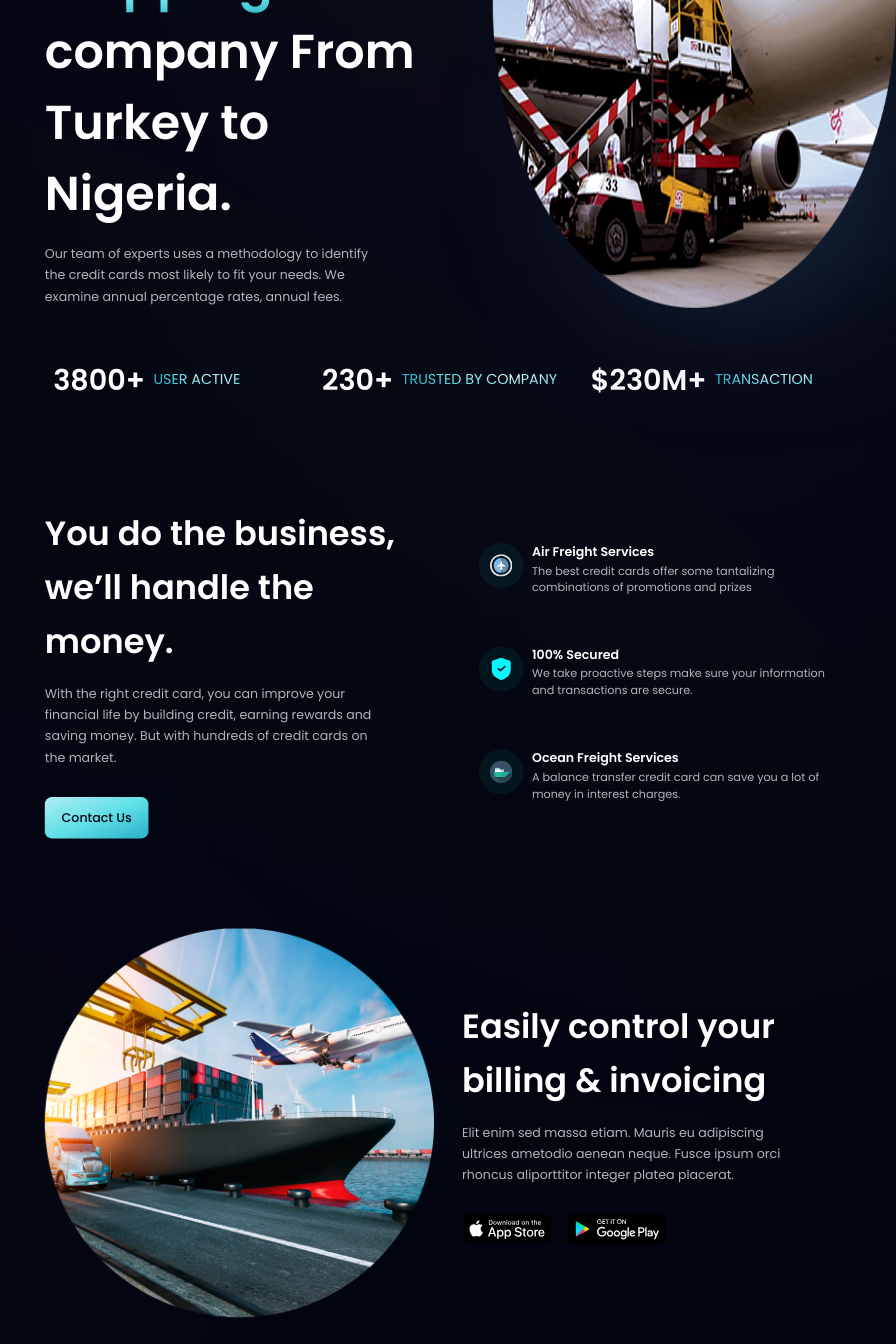
Repository: Miracleoluebube/captionlogistics
Page: /
An editor plug-in stored every save of this project. The page is shown before and after a run of saves, followed by the edit.
The browser window is 1280 px wide. The pictures show the part of the page from y = 574 to 2494 px (the page is 5317 px tall), at 70% of full size.
The project was rebuilt for these pictures with package versions that can differ from the ones it lists, and the page was loaded fresh each time. Also part of the build but not shown: vite.config.js.

Above is the page before, as saved 2022-10-01 14:15:30.

### src/components/Navbar.jsx
import { useState } from "react";

import { close, logo, menu } from "../assets";
import { navLinks } from "../constants";

const Navbar = () => {
  const [active, setActive] = useState("Home");
  const [toggle, setToggle] = useState(false);

  return (
    <nav className="w-full flex py-6 justify-between items-center navbar">
      <img src={logo} alt="hoobank" className="w-[124px] h-[32px]" />

      <ul className="list-none sm:flex hidden justify-end items-center flex-1">
        {navLinks.map((nav, index) => (
          <li
            key={nav.id}
            className={`font-poppins font-normal cursor-pointer text-[16px] ${
              active === nav.title ? "text-white" : "text-dimWhite"
            } ${index === navLinks.length - 1 ? "mr-0" : "mr-10"}`}
            onClick={() => setActive(nav.title)}
          >
            <a href={`#${nav.id}`}>{nav.title}</a>
          </li>
        ))}
      </ul>

      <div className="sm:hidden flex flex-1 justify-end items-center">
        <img
          src={toggle ? close : menu}
          alt="menu"
          className="w-[28px] h-[28px] object-contain"
          onClick={() => setToggle(!toggle)}
        />

        <div
          className={`${
            !toggle ? "hidden" : "flex"
          } p-6 bg-black-gradient absolute top-20 right-0 mx-4 my-2 min-w-[140px] rounded-xl sidebar`}
        >
          <ul className="list-none flex justify-end items-start flex-1 flex-col">
            {navLinks.map((nav, index) => (
              <li
                key={nav.id}
                className={`font-poppins font-medium cursor-pointer text-[16px] ${
                  active === nav.title ? "text-white" : "text-dimWhite"
                } ${index === navLinks.length - 1 ? "mb-0" : "mb-4"}`}
                onClick={() => setActive(nav.title)}
              >
                <a href={`#${nav.id}`}>{nav.title}</a>
              </li>
            ))}
          </ul>
        </div>
      </div>
    </nav>
  );
};

export default Navbar;

### src/components/Billing.jsx
import { apple, bill, google } from "../assets";
import styles, { layout } from "../style";

const Billing = () => (
  <section id="product" className={layout.sectionReverse}>
    <div className={layout.sectionImgReverse}>
      <img src={bill} alt="billing" className="w-[100%] h-[100%] relative z-[5]" />

      {/* gradient start */}
      <div className="absolute z-[3] -left-1/2 top-0 w-[50%] h-[50%] rounded-full white__gradient" />
      <div className="absolute z-[0] w-[50%] h-[50%] -left-1/2 bottom-0 rounded-full pink__gradient" />
      {/* gradient end */}
    </div>

    <div className={layout.sectionInfo}>
      <h2 className={styles.heading2}>
        Easily control your <br className="sm:block hidden" /> billing &
        invoicing
      </h2>
      <p className={`${styles.paragraph} max-w-[470px] mt-5`}>
        Elit enim sed massa etiam. Mauris eu adipiscing ultrices ametodio
        aenean neque. Fusce ipsum orci rhoncus aliporttitor integer platea
        placerat.
      </p>

      <div className="flex flex-row flex-wrap sm:mt-10 mt-6">
        <img src={apple} alt="google_play" className="w-[128.86px] h-[42.05px] object-contain mr-5 cursor-pointer" />
        <img src={google} alt="google_play" className="w-[144.17px] h-[43.08px] object-contain cursor-pointer" />
      </div>
    </div>
  </section>
);

export default Billing;

### src/components/CardDeal.jsx
import { card } from "../assets";
import styles, { layout } from "../style";
import Button from "./Button";

const CardDeal = () => (
  <section id="contact Us" className={layout.section}>
    <div className={layout.sectionInfo}>
      <h2 className={styles.heading2}>
        Find a better card deal <br className="sm:block hidden" /> in few easy
        steps.
      </h2>
      <p className={`${styles.paragraph} max-w-[470px] mt-5`}>
        Arcu tortor, purus in mattis at sed integer faucibus. Aliquet quis
        aliquet eget mauris tortor.ç Aliquet ultrices ac, ametau.
      </p>

      <Button styles={`mt-10`} />
    </div>

    <div className={layout.sectionImg}>
      <img src={card} alt="billing" className="w-[100%] h-[100%]" />
    </div>
  </section>
);

export default CardDeal;

### src/components/Business.jsx
import { features } from "../constants";
import styles, { layout } from "../style";
import Button from "./Button";

const FeatureCard = ({ icon, title, content, index }) => (
  <div className={`flex flex-row p-6 rounded-[20px] ${index !== features.length - 1 ? "mb-6" : "mb-0"} feature-card`}>
    <div className={`w-[64px] h-[64px] rounded-full ${styles.flexCenter} bg-dimBlue`}>
      <img src={icon} alt="star" className="w-[50%] h-[50%] object-contain" />
    </div>
    <div className="flex-1 flex flex-col ml-3">
      <h4 className="font-poppins font-semibold text-white text-[18px] leading-[23.4px] mb-1">
        {title}
      </h4>
      <p className="font-poppins font-normal text-dimWhite text-[16px] leading-[24px]">
        {content}
      </p>
    </div>
  </div>
);

const Business = () =>  (
  <section id="features" className={layout.section}>
    <div className={layout.sectionInfo}>
      <h2 className={styles.heading2}>
        You do the business, <br className="sm:block hidden" /> we’ll handle
        the money.
      </h2>
      <p className={`${styles.paragraph} max-w-[470px] mt-5`}>
        With the right credit card, you can improve your financial life by
        building credit, earning rewards and saving money. But with hundreds
        of credit cards on the market.
      </p>

      <Button styles={`mt-10`} />
    </div>

    <div className={`${layout.sectionImg} flex-col`}>
      {features.map((feature, index) => (
        <FeatureCard key={feature.id} {...feature} index={index} />
      ))}
    </div>
  </section>
);

export default Business;

### src/components/CTA.jsx
import styles from "../style";
import Button from "./Button";

const CTA = () => (
  <section className={`${styles.flexCenter} ${styles.marginY} ${styles.padding} sm:flex-row flex-col bg-black-gradient-2 rounded-[20px] box-shadow`}>
    <div className="flex-1 flex flex-col">
      <h2 className={styles.heading2}>Let’s try our service now!</h2>
      <p className={`${styles.paragraph} max-w-[470px] mt-5`}>
        Everything you need to accept card payments and grow your business
        anywhere on the planet.
      </p>
    </div>

    <div  className={`${styles.flexCenter} sm:ml-10 ml-0 sm:mt-0 mt-10`}>
      <Button />
    </div>
  </section>
);

export default CTA;

### src/components/Stats.jsx
import { stats } from "../constants";
import styles from "../style";

const Stats = () => (
  <section className={`${styles.flexCenter} flex-row flex-wrap sm:mb-20 mb-6`}>
    {stats.map((stat) => (
      <div key={stat.id} className={`flex-1 flex justify-start items-center flex-row m-3`} >
        <h4 className="font-poppins font-semibold xs:text-[40.89px] text-[30.89px] xs:leading-[53.16px] leading-[43.16px] text-white">
          {stat.value}
        </h4>
        <p className="font-poppins font-normal xs:text-[20.45px] text-[15.45px] xs:leading-[26.58px] leading-[21.58px] text-gradient uppercase ml-3">
          {stat.title}
        </p>
      </div>
    ))}
  </section>
);

export default Stats;

### src/components/Footer.jsx
import styles from "../style";
import { logo } from "../assets";
import { footerLinks, socialMedia } from "../constants";

const Footer = () => (
  <section className={`${styles.flexCenter} ${styles.paddingY} flex-col`}>
    <div className={`${styles.flexStart} md:flex-row flex-col mb-8 w-full`}>
      <div className="flex-[1] flex flex-col justify-start mr-10">
        <img
          src={logo}
          alt="hoobank"
          className="w-[266px] h-[72.14px] object-contain"
        />
        <p className={`${styles.paragraph} mt-4 max-w-[312px]`}>
          A new way to make the payments easy, reliable and secure.
        </p>
      </div>

      <div className="flex-[1.5] w-full flex flex-row justify-between flex-wrap md:mt-0 mt-10">
        {footerLinks.map((footerlink) => (
          <div key={footerlink.title} className={`flex flex-col ss:my-0 my-4 min-w-[150px]`}>
            <h4 className="font-poppins font-medium text-[18px] leading-[27px] text-white">
              {footerlink.title}
            </h4>
            <ul className="list-none mt-4">
              {footerlink.links.map((link, index) => (
                <li
                  key={link.name}
                  className={`font-poppins font-normal text-[16px] leading-[24px] text-dimWhite hover:text-secondary cursor-pointer ${
                    index !== footerlink.links.length - 1 ? "mb-4" : "mb-0"
                  }`}
                >
                  {link.name}
                </li>
              ))}
            </ul>
          </div>
        ))}
      </div>
    </div>

    <div className="w-full flex justify-between items-center md:flex-row flex-col pt-6 border-t-[1px] border-t-[#3F3E45]">
      <p className="font-poppins font-normal text-center text-[18px] leading-[27px] text-white">
        Copyright Ⓒ 2022 HooBank. All Rights Reserved.
      </p>

      <div className="flex flex-row md:mt-0 mt-6">
        {socialMedia.map((social, index) => (
          <img
            key={social.id}
            src={social.icon}
            alt={social.id}
            className={`w-[21px] h-[21px] object-contain cursor-pointer ${
              index !== socialMedia.length - 1 ? "mr-6" : "mr-0"
            }`}
            onClick={() => window.open(social.link)}
          />
        ))}
      </div>
    </div>
  </section>
);

export default Footer;

### src/components/Testimonials.jsx
import { feedback } from "../constants";
import styles from "../style";
import FeedbackCard from "./FeedbackCard";

const Testimonials = () => (
  <section id="clients" className={`${styles.paddingY} ${styles.flexCenter} flex-col relative `}>
    <div className="absolute z-[0] w-[60%] h-[60%] -right-[50%] rounded-full blue__gradient bottom-40" />

    <div className="w-full flex justify-between items-center md:flex-row flex-col sm:mb-16 mb-6 relative z-[1]">
      <h2 className={styles.heading2}>
        What People are <br className="sm:block hidden" /> saying about us
      </h2>
      <div className="w-full md:mt-0 mt-6">
        <p className={`${styles.paragraph} text-left max-w-[450px]`}>
          Everything you need to accept card payments and grow your business
          anywhere on the planet.
        </p>
      </div>
    </div>

    <div className="flex flex-wrap sm:justify-start justify-center w-full feedback-container relative z-[1]">
      {feedback.map((card) => <FeedbackCard key={card.id} {...card} />)}
    </div>
  </section>
);

export default Testimonials;

### src/components/Hero.jsx
import styles from "../style";
import { discount, robot } from "../assets";
import GetStarted from "./GetStarted";

const Hero = () => {
  return (
    <section id="home" className={`flex md:flex-row flex-col ${styles.paddingY}`}>
      <div className={`flex-1 ${styles.flexStart} flex-col xl:px-0 sm:px-16 px-6`}>
        <div className="flex flex-row items-center py-[6px] px-4 bg-discount-gradient rounded-[10px] mb-2">
          <img src={discount} alt="discount" className="w-[32px] h-[32px]" />
          <p className={`${styles.paragraph} ml-2`}>
            <span className="text-white">20%</span> Discount For{" "}
            <span className="text-white">1 Month</span> Account
          </p>
        </div>

        <div className="flex flex-row justify-between items-center w-full">
          <h1 className="flex-1 font-poppins font-semibold ss:text-[72px] text-[52px] text-white ss:leading-[100.8px] leading-[75px]">
            Your trusted <br className="sm:block hidden" />{" "}
            <span className="text-gradient">Freight & Shipping</span>{" "}
          </h1>
          <div className="ss:flex hidden md:mr-4 mr-0">
            <GetStarted />
          </div>
        </div>

        <h1 className="font-poppins font-semibold ss:text-[68px] text-[52px] text-white ss:leading-[100.8px] leading-[75px] w-full">
  company From Turkey to Nigeria.
        </h1>
        <p className={`${styles.paragraph} max-w-[470px] mt-5`}>
          Our team of experts uses a methodology to identify the credit cards
          most likely to fit your needs. We examine annual percentage rates,
          annual fees.
        </p>
      </div>

      <div className={`flex-1 flex ${styles.flexCenter} md:my-0 my-10 relative`}>
        <img src={robot} alt="billing" className="w-[100%] h-[100%] relative z-[5]" />

        {/* gradient start */}
        <div className="absolute z-[0] w-[40%] h-[35%] top-0 pink__gradient" />
        <div className="absolute z-[1] w-[80%] h-[80%] rounded-full white__gradient bottom-40" />
        <div className="absolute z-[0] w-[50%] h-[50%] right-20 bottom-20 blue__gradient" />
        {/* gradient end */}
      </div>

      <div className={`ss:hidden ${styles.flexCenter}`}>
        <GetStarted />
      </div>
    </section>
  );
};

export default Hero;

### src/constants/index.js
import { people01, people02, people03, facebook, instagram, linkedin, twitter, airbnb, binance, coinbase, dropbox, send, shield, star  } from "../assets";

export const navLinks = [
  {
    id: "home",
    title: "Home",
  },
  {
    id: "features",
    title: "Services",
  },
  {
    id: "product",
    title: "About Us",
  },

  {
    id: "contact Us",
    title: "Contact Us",
  },
  //  {
  //    id: "contact Us",
  //    title: "How it works",
  //  },
];

export const features = [
  {
    id: "feature-1",
    icon: star,
    title: "Air Freight Services",
    content:
      "The best credit cards offer some tantalizing combinations of promotions and prizes",
  },
  {
    id: "feature-2",
    icon: shield,
    title: "100% Secured",
    content:
      "We take proactive steps make sure your information and transactions are secure.",
  },
  {
    id: "feature-3",
    icon: send,
    title: "Ocean Freight Services",
    content:
      "A balance transfer credit card can save you a lot of money in interest charges.",
  },
];

export const feedback = [
  {
    id: "feedback-1",
    content:
      "Money is only a tool. It will take you wherever you wish, but it will not replace you as the driver.",
    name: "Herman Jensen",
    title: "Founder & Leader",
    img: people01,
  },
  {
    id: "feedback-2",
    content:
      "Money makes your life easier. If you're lucky to have it, you're lucky.",
    name: "Steve Mark",
    title: "Founder & Leader",
    img: people02,
  },
  {
    id: "feedback-3",
    content:
      "It is usually people in the money business, finance, and international trade that are really rich.",
    name: "Kenn Gallagher",
    title: "Founder & Leader",
    img: people03,
  },
];

export const stats = [
  {
    id: "stats-1",
    title: "User Active",
    value: "3800+",
  },
  {
    id: "stats-2",
    title: "Trusted by Company",
    value: "230+",
  },
  {
    id: "stats-3",
    title: "Transaction",
    value: "$230M+",
  },
];

export const footerLinks = [
  {
    title: "Useful Links",
    links: [
      {
        name: "Content",
        link: "https://www.hoobank.com/content/",
      },
      {
        name: "How it Works",
        link: "https://www.hoobank.com/how-it-works/",
      },
      {
        name: "Create",
        link: "https://www.hoobank.com/create/",
      },
      {
        name: "Explore",
        link: "https://www.hoobank.com/explore/",
      },
      {
        name: "Terms & Services",
        link: "https://www.hoobank.com/terms-and-services/",
      },
    ],
  },
  {
    title: "Community",
    links: [
      {
        name: "Help Center",
        link: "https://www.hoobank.com/help-center/",
      },
      {
        name: "Partners",
        link: "https://www.hoobank.com/partners/",
      },
      {
        name: "Suggestions",
        link: "https://www.hoobank.com/suggestions/",
      },
      {
        name: "Blog",
        link: "https://www.hoobank.com/blog/",
      },
      {
        name: "Newsletters",
        link: "https://www.hoobank.com/newsletters/",
      },
    ],
  },
  {
    title: "Partner",
    links: [
      {
        name: "Our Partner",
        link: "https://www.hoobank.com/our-partner/",
      },
      {
        name: "Become a Partner",
        link: "https://www.hoobank.com/become-a-partner/",
      },
    ],
  },
];

export const socialMedia = [
  {
    id: "social-media-1",
    icon: instagram,
    link: "https://www.instagram.com/",
  },
  {
    id: "social-media-2",
    icon: facebook,
    link: "https://www.facebook.com/",
  },
  {
    id: "social-media-3",
    icon: twitter,
    link: "https://www.twitter.com/",
  },
  {
    id: "social-media-4",
    icon: linkedin,
    link: "https://www.linkedin.com/",
  },
];

export const clients = [
  {
    id: "client-1",
    logo: airbnb,
  },
  {
    id: "client-2",
    logo: binance,
  },
  {
    id: "client-3",
    logo: coinbase,
  },
  {
    id: "client-4",
    logo: dropbox,
  },
];

### src/components/Button.jsx
import React from "react";

const Button = ({ styles }) => (
  <button type="button" className={`py-4 px-6 font-poppins font-medium text-[18px] text-primary bg-blue-gradient rounded-[10px] outline-none ${styles}`}>
    Contact Us
  </button>
);



export default Button;

### src/components/FeedbackCard.jsx
import { quotes } from "../assets";

const FeedbackCard = ({ content, name, title, img }) => (
  <div className="flex justify-between flex-col px-10 py-12 rounded-[20px]  max-w-[370px] md:mr-10 sm:mr-5 mr-0 my-5 feedback-card">
    <img src={quotes} alt="double_quotes" className="w-[42.6px] h-[27.6px] object-contain" />
    <p className="font-poppins font-normal text-[18px] leading-[32.4px] text-white my-10">
      {content}
    </p>

    <div className="flex flex-row">
      <img src={img} alt={name} className="w-[48px] h-[48px] rounded-full" />
      <div className="flex flex-col ml-4">
        <h4 className="font-poppins font-semibold text-[20px] leading-[32px] text-white">
          {name}
        </h4>
        <p className="font-poppins font-normal text-[16px] leading-[24px] text-dimWhite">
          {title}
        </p>
      </div>
    </div>
  </div>
);


export default FeedbackCard;

### src/components/GetStarted.jsx
import styles from "../style";
import { arrowUp } from "../assets";

const GetStarted = () => (
  <div className={`${styles.flexCenter} w-[140px] h-[140px] rounded-full bg-blue-gradient p-[2px] cursor-pointer`}>
    <div className={`${styles.flexCenter} flex-col bg-primary w-[100%] h-[100%] rounded-full`}>
      <div className={`${styles.flexStart} flex-row`}>
        <p className="font-poppins font-medium text-[18px] leading-[23.4px]">
          <span className="text-gradient">Track Your</span>
        </p>
        <img src={arrowUp} alt="arrow-up" className="w-[23px] h-[23px] object-contain" />
      </div>

      <p className="font-poppins font-medium text-[18px] leading-[23.4px]">
        <span className="text-gradient">Goods</span>
      </p>
    </div>
  </div>
);

export default GetStarted;

Loaded but not shown: index.html (common file); src/main.jsx (common file); src/App.jsx (common file); src/components/index.js (common file); src/components/Clients.jsx (common file); tailwind.config.cjs (common file); src/assets/index.js (53 lines, source omitted); src/style.js (28 lines, source omitted); src/index.css (213 lines, source omitted)

After the next 3 saves:
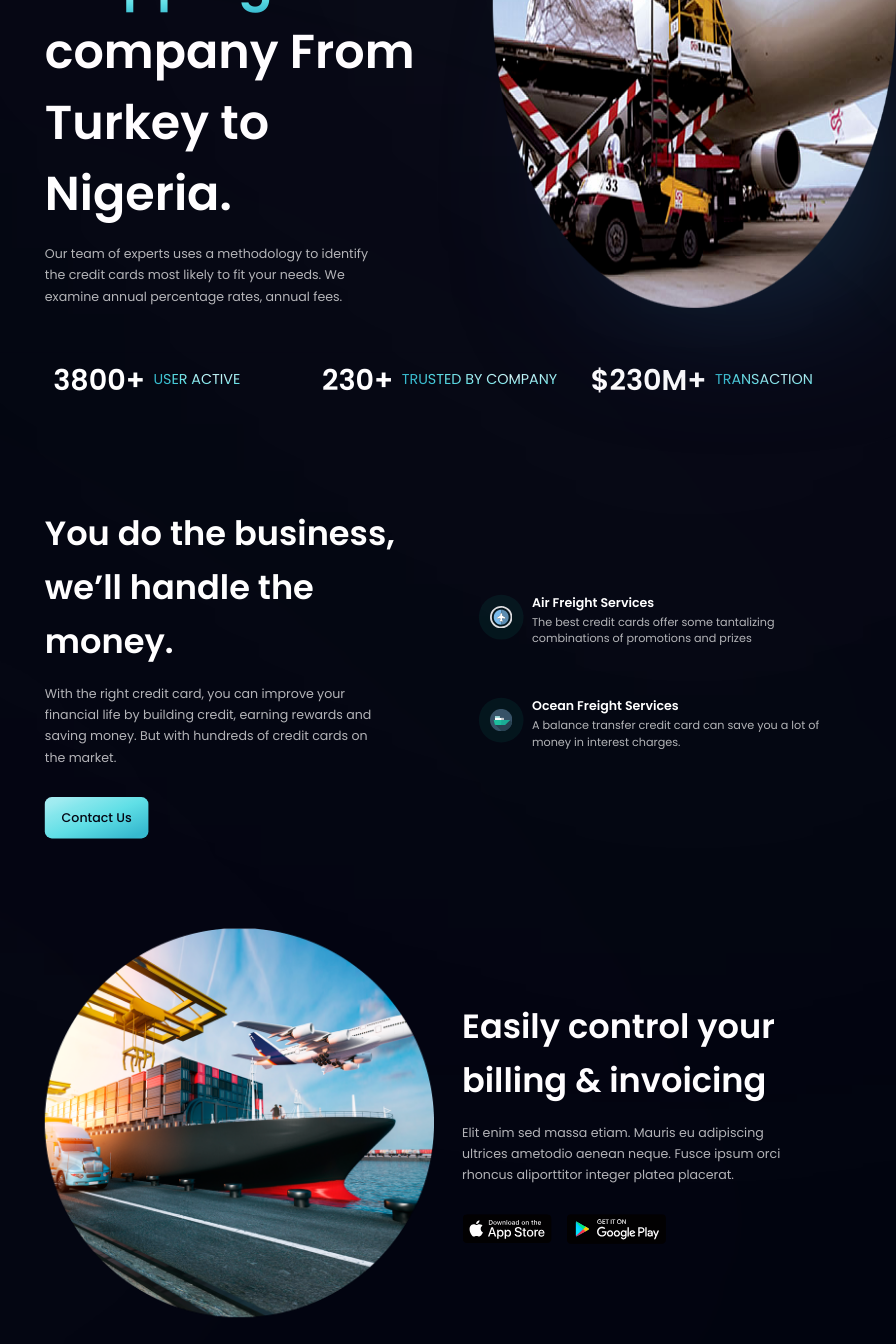
The 3 saves are shown as one change because 1 did not build or start and some came seconds apart.
The last was saved 48 s later.
--- a/src/constants/index.js
+++ b/src/constants/index.js
@@ -32,13 +32,13 @@
     content:
       "The best credit cards offer some tantalizing combinations of promotions and prizes",
   },
-  {
+  /*{
     id: "feature-2",
     icon: shield,
     title: "100% Secured",
     content:
       "We take proactive steps make sure your information and transactions are secure.",
-  },
+  },*/
   {
     id: "feature-3",
     icon: send,
